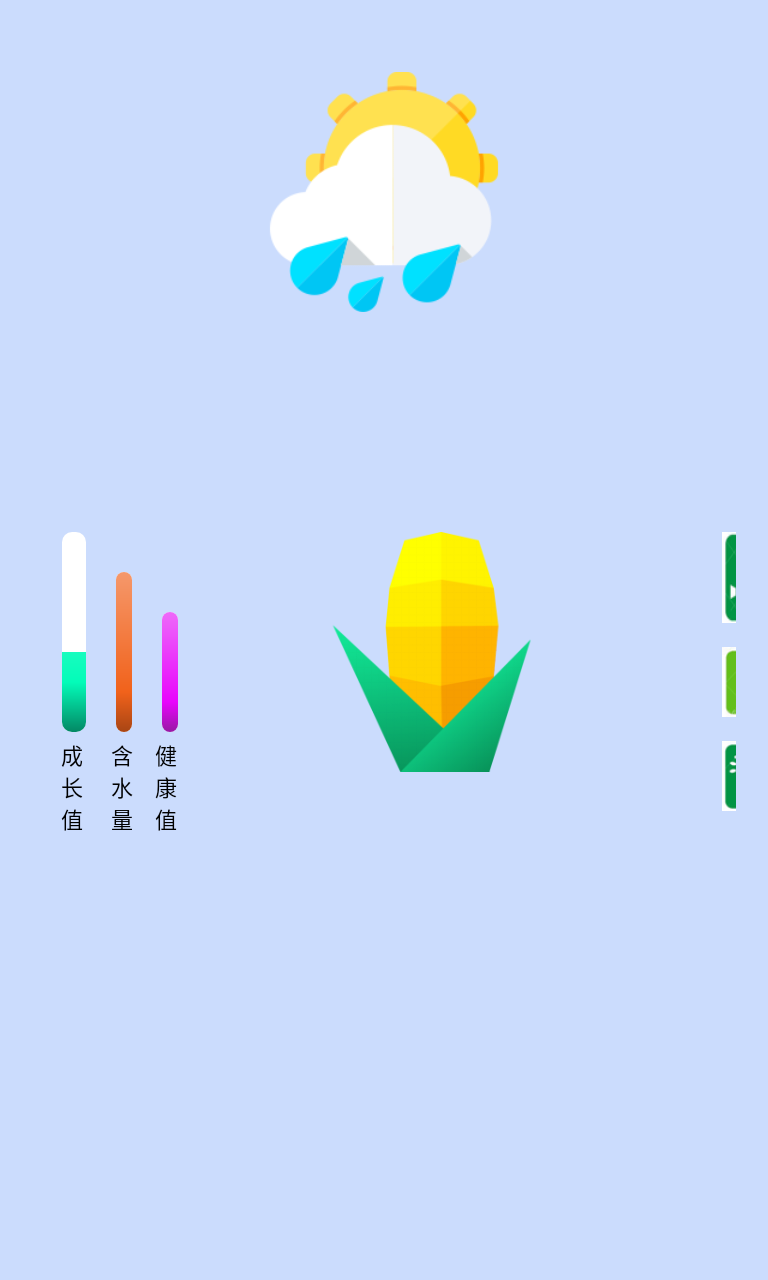
Repository: DraceWang/YumiTianqi
Layout: YumiTianqi/res/layout/fragment_main.xml
These files come from the project's save history. The layout is drawn as it stood at one moment and after the next save; the edit follows.
It is drawn on a 768 x 1280 px phone screen (xhdpi) without system bars, with theme AppTheme; the app's code is not run. Lists and similar views that code fills are empty.

Above is the layout before, as saved 2015-05-20 01:46:07.

After the next save:
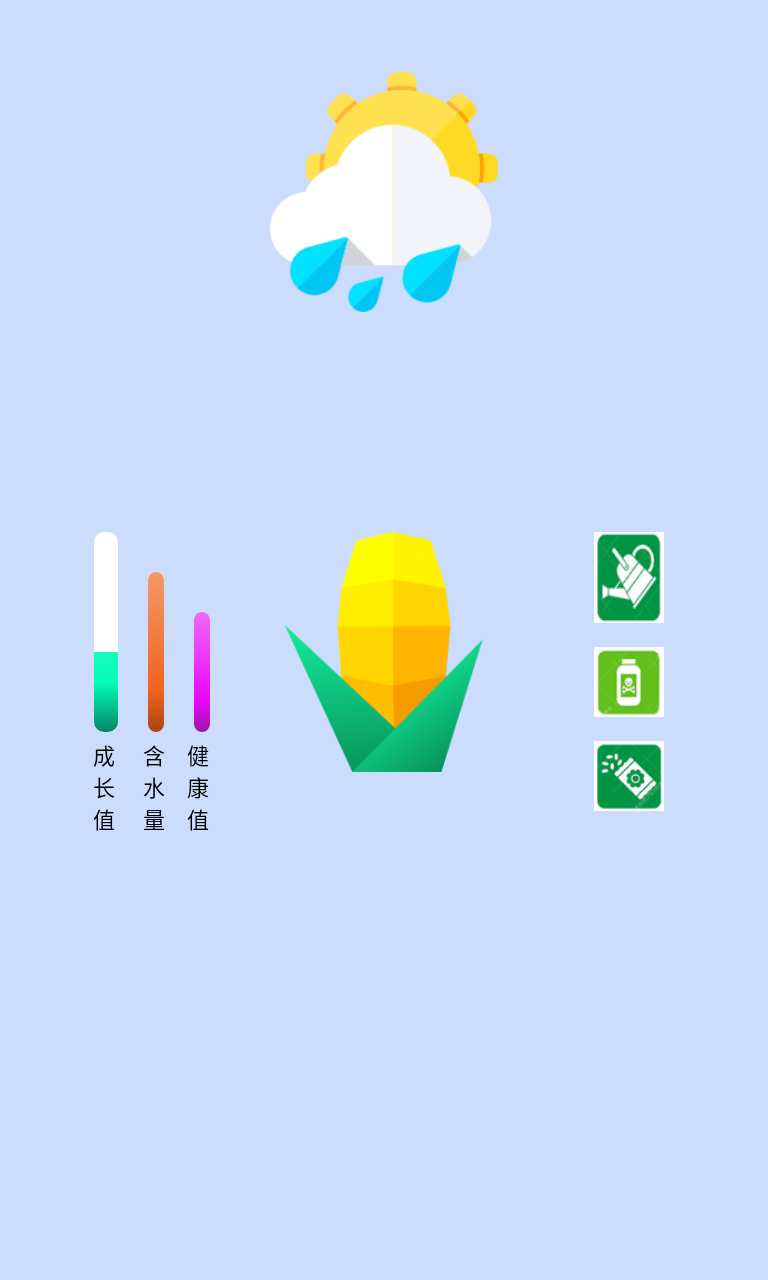
Saved 9 s later.
--- a/YumiTianqi/res/layout/fragment_main.xml
+++ b/YumiTianqi/res/layout/fragment_main.xml
@@ -86,7 +86,7 @@
             android:orientation="vertical" >
 
             <RelativeLayout
-                android:layout_width="400dp"
+                android:layout_width="320dp"
                 android:layout_height="wrap_content" >
 
                 <ImageView
